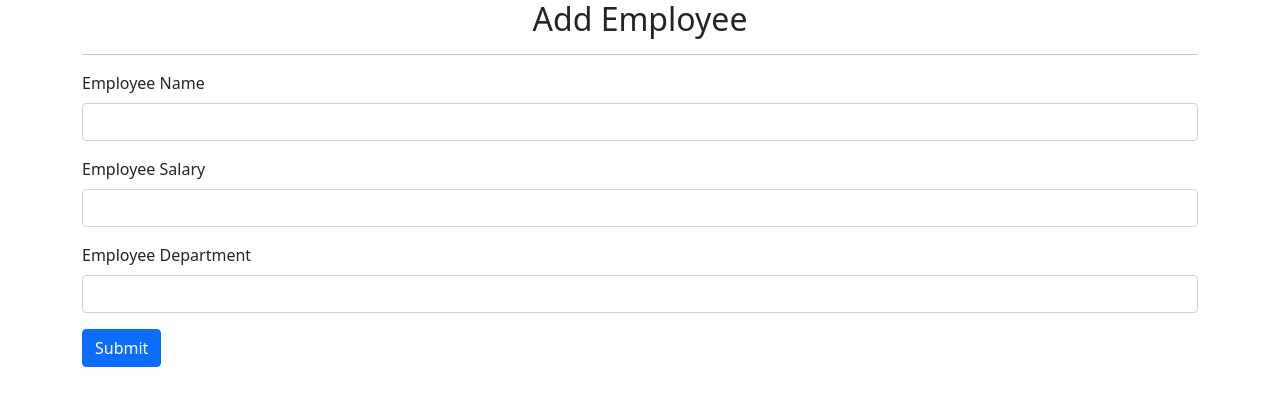
Repository: bhatideepak599/JspServlets
Page: http://localhost/10-student-mvc-db/add-Employee.jsp
These files come from the project's save history. The page is drawn as it stood at one moment and after the next save; the edit follows.
The browser window is 1280 px wide. The pictures show the whole page.
The page is served by Tomcat 9. Other server files are loaded and not shown.

Above is the page before, as saved 2024-07-17 12:28:51.

### 10-student-mvc-db/WebContent/add-Employee.jsp
<%@ page language="java" contentType="text/html; charset=ISO-8859-1"
	pageEncoding="ISO-8859-1"%>
<!DOCTYPE html>
<html>
<head>
<meta charset="ISO-8859-1">
<title>Add New Employee</title>
<link
	href="https://cdn.jsdelivr.net/npm/bootstrap@5.0.2/dist/css/bootstrap.min.css"
	rel="stylesheet"
	integrity="sha384-EVSTQN3/azprG1Anm3QDgpJLIm9Nao0Yz1ztcQTwFspd3yD65VohhpuuCOmLASjC"
	crossorigin="anonymous">
<script
	src="https://cdn.jsdelivr.net/npm/bootstrap@5.0.2/dist/js/bootstrap.bundle.min.js"
	integrity="sha384-MrcW6ZMFYlzcLA8Nl+NtUVF0sA7MsXsP1UyJoMp4YLEuNSfAP+JcXn/tWtIaxVXM"
	crossorigin="anonymous"></script>
</head>
<body>
	<div class="container">

		<div class="text-center">

			<p class="h2">Add Employee</p>

		</div>
		<hr>
		<form action ="Student">
			<input type="hidden" name="command" value="add"/>
			<!-- <div class="mb-3">
				<label for="Id" class="form-label">Employee Id</label> <input type="text" class="form-control"
					id="Id" name="Id" aria-describedby="emailHelp">

			</div> -->
			<div class="mb-3">
				<label for="name" class="form-label">Employee Name</label> <input type="text" class="form-control"
					id="name" name="name" aria-describedby="emailHelp">

			</div>
			<div class="mb-3">
				<label for="salary" class="form-label">Employee Salary</label> <input type="text" class="form-control"
					id="salary" name="salary" aria-describedby="emailHelp">

			</div>
			<div class="mb-3">
				<label for="dept" class="form-label">Employee Department</label> <input type="text" class="form-control"
					id="dept" name="dept" aria-describedby="emailHelp">

			</div>
			<button type="Add" class="btn btn-primary">Submit</button>
		</form>

	</div>

</body>
</html>

After the next save:
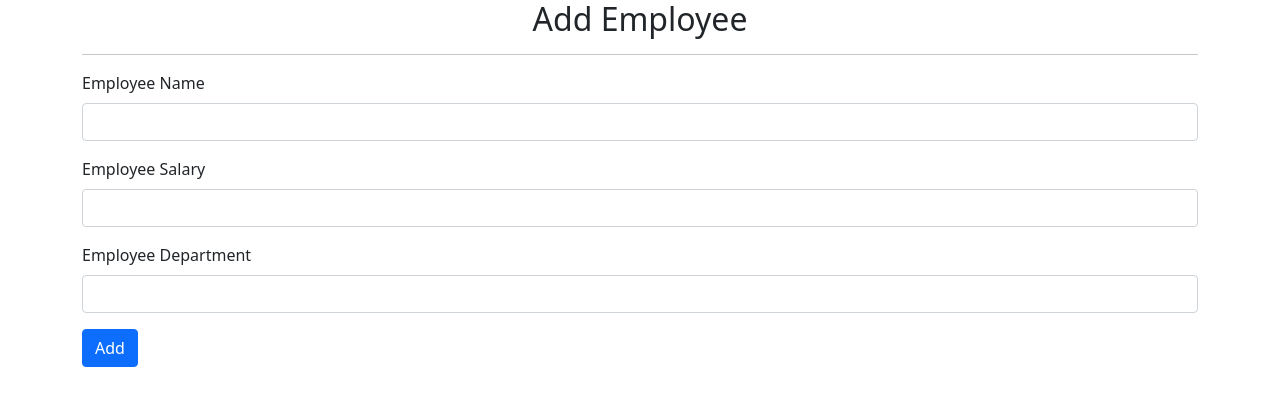
Saved 111 s later.
--- a/10-student-mvc-db/WebContent/add-Employee.jsp
+++ b/10-student-mvc-db/WebContent/add-Employee.jsp
@@ -46,7 +46,7 @@
 					id="dept" name="dept" aria-describedby="emailHelp">
 
 			</div>
-			<button type="Add" class="btn btn-primary">Submit</button>
+			<button type="submit" class="btn btn-primary">Add</button>
 		</form>
 
 	</div>
